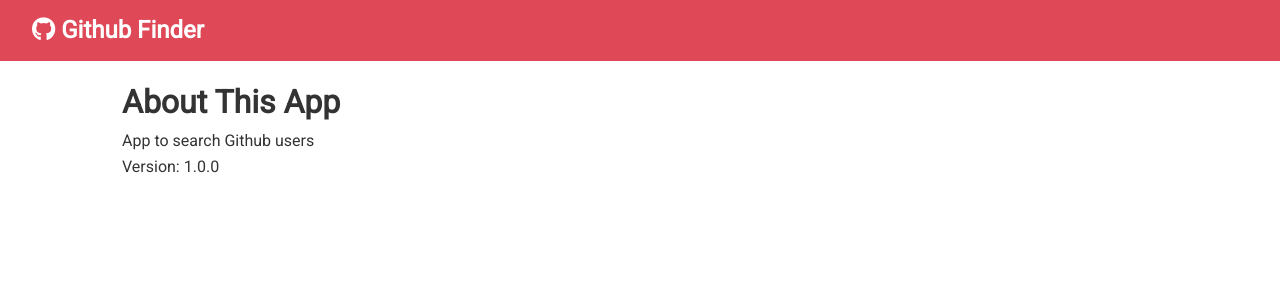
Repository: chonax/github-finder
Page: /about
An editor plug-in stored every save of this project. The page is shown before and after the next save, followed by the edit.
The browser window is 1280 px wide. The pictures show the whole page.
Some web libraries are served in a nearby version. The project was rebuilt for these pictures with package versions that can differ from the ones it lists, and the page was loaded fresh each time. Also part of the build but not shown: src/components/users/UserItem.js, src/components/layout/Spinner.js, src/components/users/Users.js, src/components/users/Search.js, src/components/layout/Alert.js.

Above is the page before, as saved 2021-08-23 13:01:16.

### public/index.html
<!DOCTYPE html>
<html lang="en">
  <head>
    <meta charset="utf-8" />
    <link rel="icon" href="%PUBLIC_URL%/favicon.ico" />
    <meta name="viewport" content="width=device-width, initial-scale=1" />
    <meta name="theme-color" content="#000000" />
    <meta
      name="description"
      content="Web site created using create-react-app"
    />
    <link rel="apple-touch-icon" href="%PUBLIC_URL%/logo192.png" />

    <link rel="manifest" href="%PUBLIC_URL%/manifest.json" />
    <script src="https://kit.fontawesome.com/98884f96da.js" crossorigin="anonymous"></script>
    <title>Github Finder</title>
  </head>
  <body>
    <noscript>You need to enable JavaScript to run this app.</noscript>
    <div id="root"></div>
  </body>
</html>

### src/App.js
import React, { Fragment, Component } from 'react';
import { BrowserRouter as Router, Switch, Route } from 'react-router-dom';

import Navbar from './components/layout/Navbar';
import Users from './components/users/Users';
import Search from './components/users/Search';
import Alert from './components/layout/Alert';
import About from './components/pages/About';

import axios from 'axios';
import './App.css';

class App extends Component {
  state = {
    users: [],
    loading: false,
    alert: null,
  }

  // Search Github Users
  searchUsers = async text => {
    this.setState({ loading: true });

    const res = await axios.get(`https://api.github.com/search/users?q=${text}&client_id=$
      {process.env.REACT_APP_GITHUB_CLIENT_ID}&client_secret=$
      {process.env.REACT_APP_GITHUB_CLIENT_SECRET}`);

    this.setState({
      users: res.data.items,
      loading: false,
    });
  };

  // Clear search results
  clearUsers = () => this.setState({ users: [], loading: false });

  // Set Alert
  setAlert = (msg, type) => {
    this.setState({ alert: { msg: msg, type: type } });
    setTimeout(() => this.setState({ alert: null }), 5000);
  }

  render() {
    const { users, loading } = this.state;

    return (
      <Router>
        <div className="App">
          <Navbar />
            <div className="container">
              <Alert alert={this.state.alert} />
              <Switch>
                <Route
                  exact
                  path='/'
                  render={props => (
                    <Fragment>
                      <Search
                        searchUsers={this.searchUsers}
                        clearUsers={this.clearUsers}
                        showClear={users.length > 0 ? true : false}
                        setAlert={this.setAlert}
                      />
                      <Users loading={loading} users={users} />
                    </Fragment>
                  )}
                />
                <Route exact path='/about' component={About} />
              </Switch>

            </div>
        </div>
      </Router>
    );
  }

}

export default App;

### src/components/layout/Navbar.js
import React from 'react';
import PropTypes from 'prop-types';

const Navbar = ({ icon, title }) => {
  return (
    <nav className="navbar bg-primary">
      <h1>
        <i className={icon} /> {title}
      </h1>
    </nav>
  );
}

Navbar.defaultProps = {
  title: 'Github Finder',
  icon: 'fab fa-github'
};

Navbar.propTypes = {
  title: PropTypes.string.isRequired,
  icon: PropTypes.string.isRequired
};

export default Navbar;

### src/components/pages/About.js
import React, { Fragment } from 'react'

const About = () => {
  return (
    <Fragment>
      <h1>About This App</h1>
      <p>App to search Github users</p>
      <p>Version: 1.0.0</p>
    </Fragment>
  )
}

export default About;

Loaded but not shown: src/index.js (common file); src/reportWebVitals.js (common file); src/App.css (common file)

After the next save:
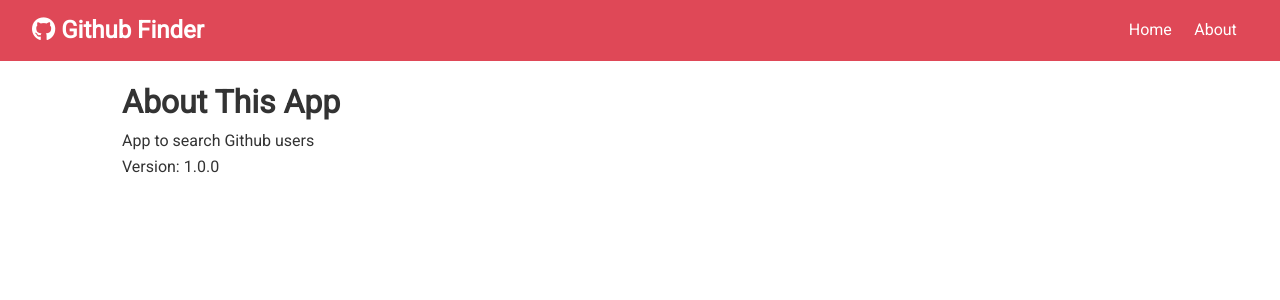
Saved 117 s later.
--- a/src/components/layout/Navbar.js
+++ b/src/components/layout/Navbar.js
@@ -1,5 +1,6 @@
 import React from 'react';
 import PropTypes from 'prop-types';
+import { Link } from 'react-router-dom';
 
 const Navbar = ({ icon, title }) => {
   return (
@@ -7,6 +8,14 @@
       <h1>
         <i className={icon} /> {title}
       </h1>
+      <ul>
+      <li>
+          <Link>Home</Link>
+        </li>
+        <li>
+          <Link>About</Link>
+        </li>
+      </ul>
     </nav>
   );
 }
